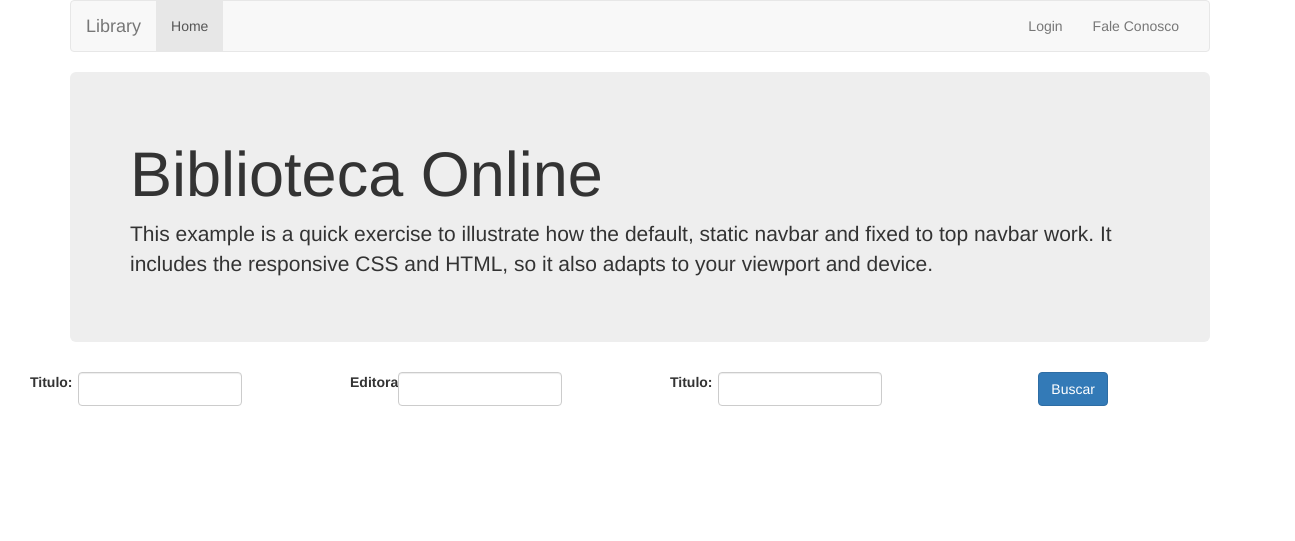
Repository: stefanyco/biblioteca
Page: http://localhost/Biblioteca/home.jsp
The author's editor kept a copy of each file at every save. The page is drawn from the files as they stood at one save, then again after the next save.
The browser window is 1280 px wide. The page is 1280 px wide, then 1295 px, then 1280 px, so the pictures cover 1295 px, including what lies to the right of the window. The pictures show the whole page.
The page is served by Tomcat 9. Other server files are loaded and not shown.

Above is the page before, as saved 2016-11-07 23:09:57.

### Sistema Biblioteca/Biblioteca/WebContent/home.jsp
<%@ page language="java" contentType="text/html; charset=ISO-8859-1"
	pageEncoding="ISO-8859-1"%>
<!DOCTYPE html PUBLIC "-//W3C//DTD HTML 4.01 Transitional//EN" "http://www.w3.org/TR/html4/loose.dtd">
<html>
<head>
<meta http-equiv="Content-Type" content="text/html; charset=ISO-8859-1">
<link href="bootstrap.min.css" rel="stylesheet">
<title>Library System</title>
</head>
<body>

	<div class="container">

		<!-- Static navbar -->
		<nav class="navbar navbar-default">
		<div class="container-fluid">
			<div class="navbar-header">
				<a class="navbar-brand" href="#">Library</a>
			</div>
			<div id="navbar" class="navbar-collapse collapse">
				<ul class="nav navbar-nav">
					<li class="active"><a href="#">Home</a></li>
				</ul>
				<ul class="nav navbar-nav navbar-right">
					<li><a href="../navbar-static-top/">Login</a></li>
					<li><a href="contato.jsp">Fale Conosco</a></li>
				</ul>
			</div>
			<!--/.nav-collapse -->
		</div>
		<!--/.container-fluid --> </nav>

		<!-- Main component for a primary marketing message or call to action -->
		<div class="jumbotron">
			<h1>Biblioteca Online</h1>
			<p>This example is a quick exercise to illustrate how the
				default, static navbar and fixed to top navbar work. It includes the
				responsive CSS and HTML, so it also adapts to your viewport and
				device.</p>
		</div>

	</div>
	<!-- /container -->
	<div class="col-md-12">
		<div class="row">
		<div class="col-xs-6 col-sm-3">
			<div class="form-group">
				<label for="titulo" class="col-xs-2 control-label">Titulo:</label>
				<div class="col-xs-8">
					<input type="text" class="form-control" name="titulo" required
						maxlength="50">
				</div>
			</div>
		</div>
		<div class="col-xs-6 col-sm-3">
			<div class="form-group">
				<label for="titulo" class="col-xs-2 control-label">Editora:</label>
				<div class="col-xs-8">
					<input type="text" class="form-control" name="titulo" required
						maxlength="50">
				</div>
			</div>
		</div>

		<div class="clearfix visible-xs-block">
			<div class="form-group">
				<label for="titulo" class="col-xs-2 control-label">Titulo:</label>
				<div class="col-xs-8">
					<input type="text" class="form-control" name="titulo" required
						maxlength="50">
				</div>
			</div>
		</div>

		<div class="col-xs-6 col-sm-3">
			<div class="form-group">
				<label for="titulo" class="col-xs-2 control-label">Titulo:</label>
				<div class="col-xs-8">
					<input type="text" class="form-control" name="titulo" required
						maxlength="50">
				</div>
			</div>
		</div>
		<div class="col-xs-6 col-sm-3">
			<div class="form-group">
				<div class="col-xs-offset-2 col-xs-10">
					<button type="submit" class="btn btn-primary">Buscar</button>
				</div>
			</div>
		</div>
	</div>
	</div>

</body>
</html>

Loaded but not shown: Sistema Biblioteca/Biblioteca/WebContent/bootstrap.min.css (library)

After the next save:
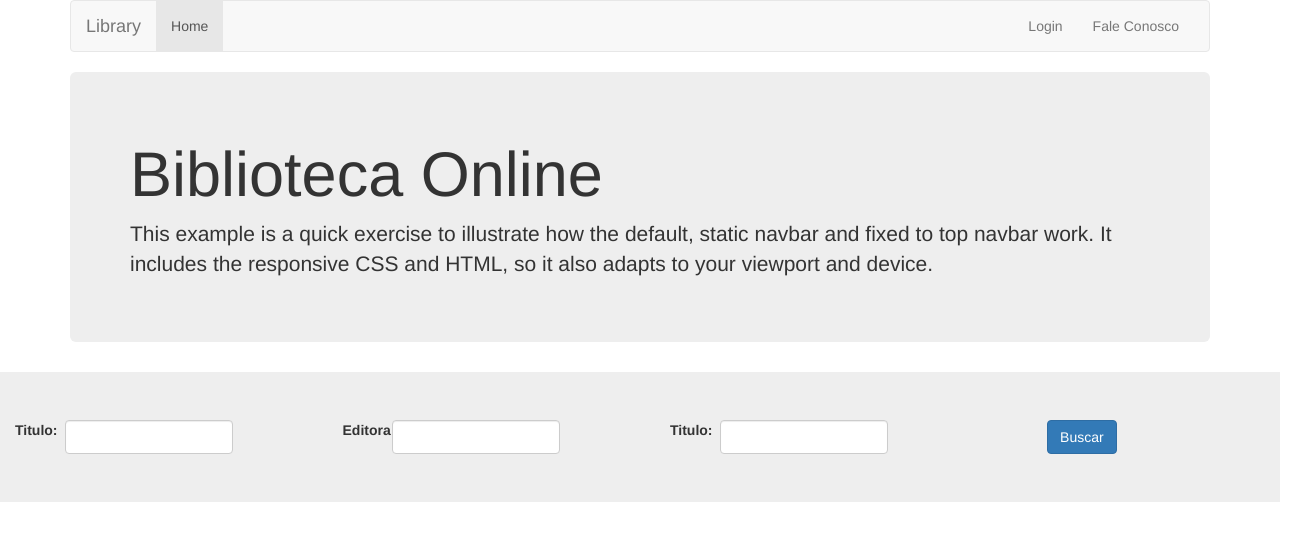
Saved 26 s later.
--- a/Sistema Biblioteca/Biblioteca/WebContent/home.jsp
+++ b/Sistema Biblioteca/Biblioteca/WebContent/home.jsp
@@ -41,7 +41,7 @@
 
 	</div>
 	<!-- /container -->
-	<div class="col-md-12">
+	<div class="jumbotron">
 		<div class="row">
 		<div class="col-xs-6 col-sm-3">
 			<div class="form-group">

After the save that followed:
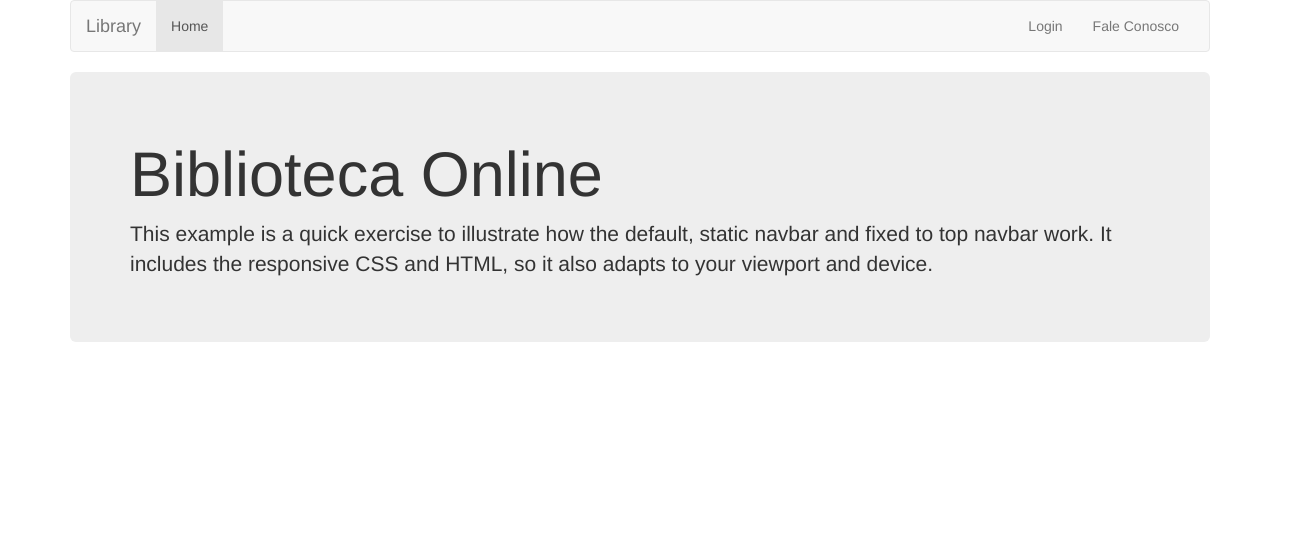
Saved 17 s later.
--- a/Sistema Biblioteca/Biblioteca/WebContent/home.jsp
+++ b/Sistema Biblioteca/Biblioteca/WebContent/home.jsp
@@ -41,55 +41,6 @@
 
 	</div>
 	<!-- /container -->
-	<div class="jumbotron">
-		<div class="row">
-		<div class="col-xs-6 col-sm-3">
-			<div class="form-group">
-				<label for="titulo" class="col-xs-2 control-label">Titulo:</label>
-				<div class="col-xs-8">
-					<input type="text" class="form-control" name="titulo" required
-						maxlength="50">
-				</div>
-			</div>
-		</div>
-		<div class="col-xs-6 col-sm-3">
-			<div class="form-group">
-				<label for="titulo" class="col-xs-2 control-label">Editora:</label>
-				<div class="col-xs-8">
-					<input type="text" class="form-control" name="titulo" required
-						maxlength="50">
-				</div>
-			</div>
-		</div>
-
-		<div class="clearfix visible-xs-block">
-			<div class="form-group">
-				<label for="titulo" class="col-xs-2 control-label">Titulo:</label>
-				<div class="col-xs-8">
-					<input type="text" class="form-control" name="titulo" required
-						maxlength="50">
-				</div>
-			</div>
-		</div>
-
-		<div class="col-xs-6 col-sm-3">
-			<div class="form-group">
-				<label for="titulo" class="col-xs-2 control-label">Titulo:</label>
-				<div class="col-xs-8">
-					<input type="text" class="form-control" name="titulo" required
-						maxlength="50">
-				</div>
-			</div>
-		</div>
-		<div class="col-xs-6 col-sm-3">
-			<div class="form-group">
-				<div class="col-xs-offset-2 col-xs-10">
-					<button type="submit" class="btn btn-primary">Buscar</button>
-				</div>
-			</div>
-		</div>
-	</div>
-	</div>
 
 </body>
 </html>
